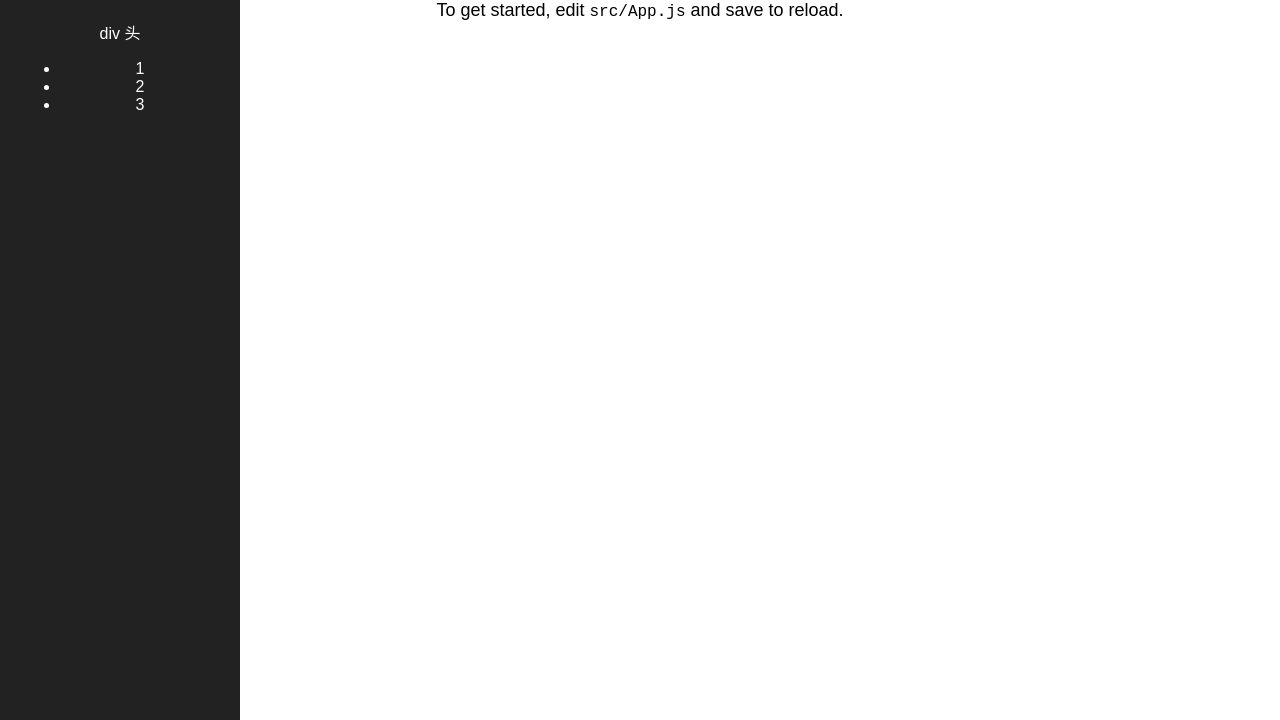
Repository: NotTooTwo/react_lenarn
Page: /
The author's editor kept a copy of each file at every save. The page is drawn from the files as they stood at one save, then again after a run of saves.
The browser window is 1280 px wide. The pictures show the whole page.
The project was rebuilt for these pictures with package versions that can differ from the ones it lists, and the page was loaded fresh each time.

Above is the page before, as saved 2018-03-22 17:06:35.

### src/App.jsx
import React, { Component } from 'react';
import logo from './logo.svg';
import './App.css';

class App extends Component {
  render() {
    return (
      <div className="App">
        <aside className="App-aside">
          <div className="App-aside-header"> div  头 </div>
          <ul className="App-aside-list">
              <li>1</li>
              <li>2</li>
              <li>3</li>
          </ul>
        </aside>
        <div className="App-intro">
          To get started, edit <code>src/App.js</code> and save to reload.
        </div>
      </div>
    );
  }
}

export default App;

### src/App.css
.App {
  text-align: center;
}

.App-logo {
  animation: App-logo-spin infinite 1s linear;
  height: 80px;
}

.App-aside {
  background-color: #222;
  height: 100%;
  width: 200px;
  padding: 20px;
  color: white;
  position: fixed;
  top: 0;
  left: 0;
}

.App-title {
  font-size: 1.5em;
}

.App-intro {
  font-size: large;
}

@keyframes App-logo-spin {
  from { transform: rotate(0deg); }
  to { transform: rotate(360deg); }
}

Loaded but not shown: public/index.html (common file); src/index.js (common file); src/index.css (common file); src/registerServiceWorker.js (common file)

After the next 2 saves:
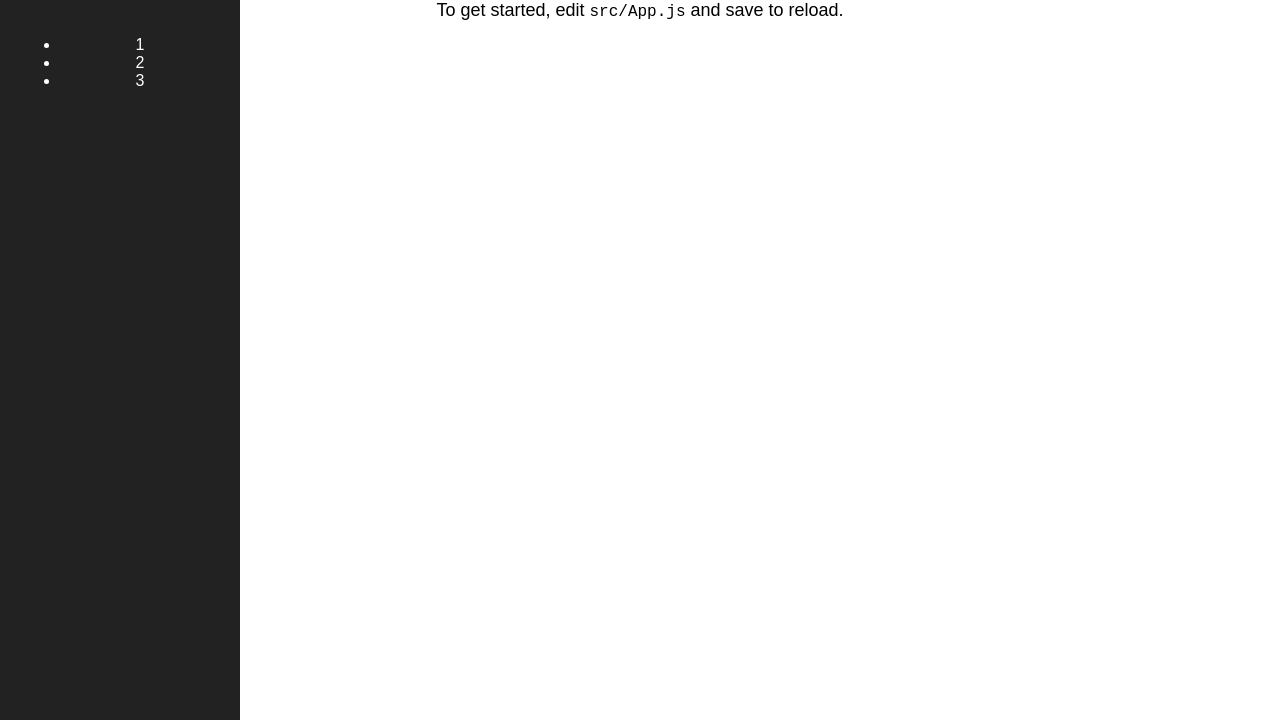
The 2 saves are shown as one change because they came seconds apart.
The last was saved 14 s later.
--- a/src/App.jsx
+++ b/src/App.jsx
@@ -7,7 +7,7 @@
     return (
       <div className="App">
         <aside className="App-aside">
-          <div className="App-aside-header"> div  头 </div>
+          <div className="App-aside-header"> <div></div> </div>
           <ul className="App-aside-list">
               <li>1</li>
               <li>2</li>
